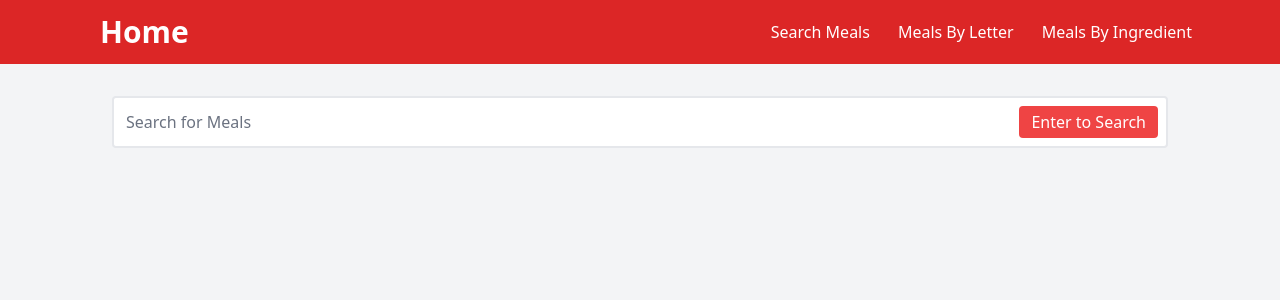
Repository: HalemX/meals
Page: /by-name
These files come from the project's save history. The page is drawn as it stood at one moment and after the next save; the edit follows.
The browser window is 1280 px wide. The pictures show the whole page.
The page's requests for data from a server got no answer. The project was rebuilt for these pictures with package versions that can differ from the ones it lists, and the page was loaded fresh each time. No one was signed in, and anything a server would have sent is missing. Also part of the build but not shown: vite.config.js, src/pages/home/HomePage.vue, src/components/layout/GuestLayout.vue, src/components/ui/BaseButtons.vue, src/pages/meals/MealsByIngredient.vue, src/pages/meals/MealsByLetters.vue, src/components/meals_components/MealDetails.vue, src/pages/meals/AllIngredients.vue.

Above is the page before, as saved 2024-02-12 17:27:41.

After the next save:
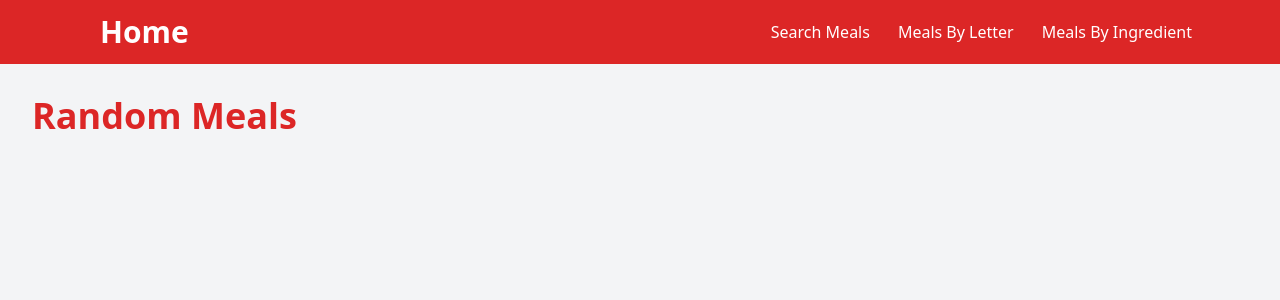
Saved 15 s later.
--- a/src/pages/meals/MealsByName.vue
+++ b/src/pages/meals/MealsByName.vue
@@ -1,96 +1,33 @@
 <template>
-  <div class="lg:mx-20">
-    <div class="p-8 pb-0">
-      <div
-        class="rounded border-2 border-gray-200 bg-white flex"
-        :class="{ invalid: emptyEnter }"
-      >
-        <input
-          type="text"
-          class="rounded border-2 border-gray-200"
-          placeholder="Search for Meals"
-          v-model.trim="enterName"
-          @change="searchMealsByName"
-        />
-        <button
-          @click="searchMealsByName"
-          class="m-2 px-3 transition ease-in-out delay-150 sm:mt-2 border-[#ef4444] bg-[#ef4444] hover:scale-105 hover:bg-[#f87171] duration-300 text-white py-1 rounded"
-        >
-          Enter to Search
-        </button>
-      </div>
+  <div>
+    <div class="p-8 pb-0 text-[#dc2626]">
+      <h1 class="text-4xl font-bold mb-4">Random Meals</h1>
     </div>
-    <meals-item v-if="!emptyEnter" :meals="mealsByName"></meals-item>
-    <p v-else class="text-[#ff0000] mt-2 px-8">Must Enter Name of Meal!</p>
+    <meals-item></meals-item>
   </div>
 </template>
 
 <script>
-import { computed, onMounted, ref } from "vue";
-import { useStore } from "vuex";
-import { useRoute } from "vue-router";
+import { onMounted, ref } from "vue";
 import MealsItem from "../../components/meals_components/MealsItem.vue";
+import axiosClient from "../../axiosClient";
 
 export default {
-  components: {
+  component: {
     MealsItem,
   },
   setup() {
-    const enterName = ref("");
-    const emptyEnter = ref(false);
+    const meals = ref([]);
 
-    const store = useStore();
-
-    const mealsByName = computed(() => {
-      return store.getters.getSearchMealsByName;
-    });
-
-    function searchMealsByName() {
-      if (enterName.value) {
-        store.dispatch("searchMealsByName", enterName.value);
-        emptyEnter.value = false;
-      } else {
-        emptyEnter.value = true;
-      }
-    }
-
-    const rout = useRoute();
-    onMounted(() => {
-      enterName.value = rout.params.name;
-      if (enterName.value) {
-        searchMealsByName();
+    onMounted(async () => {
+      for (let i = 0; i < 10; i++) {
+        axiosClient
+          .get(`random.php`)
+          .then(({ data }) => meals.value.push(data.meals[0]));
       }
     });
 
-    return { searchMealsByName, mealsByName, enterName, emptyEnter };
+    return { meals };
   },
 };
 </script>
-
-<style scoped>
-input {
-  transition: 0.3s;
-  caret-color: #dc2626;
-  flex-grow: 2;
-  border: none;
-}
-input:focus {
-  outline: none !important;
-  border-color: transparent !important;
-  box-shadow: none !important;
-}
-.invalid {
-  border-color: red;
-}
-@media (max-width: 420px) {
-  div {
-    flex-direction: column;
-    background-color: transparent;
-    border: none;
-  }
-  p {
-    width: 260px;
-    margin: auto;
-  }
-}
-</style>

After the save that followed:
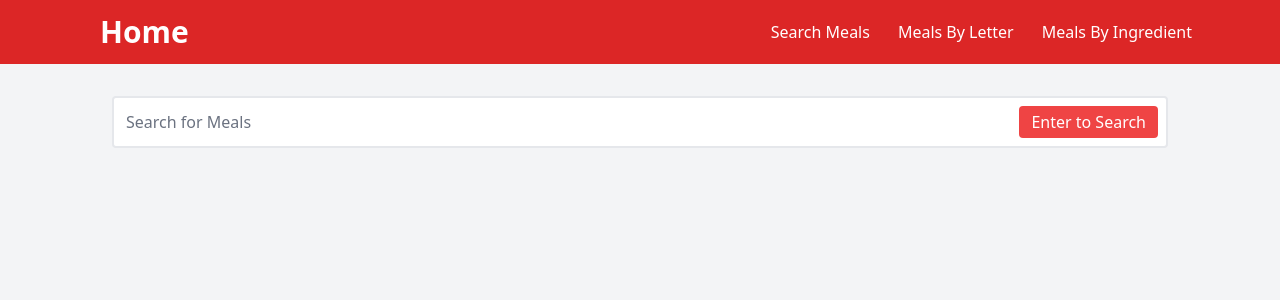
Saved 16 s later.
--- a/src/pages/meals/MealsByName.vue
+++ b/src/pages/meals/MealsByName.vue
@@ -1,33 +1,96 @@
 <template>
-  <div>
-    <div class="p-8 pb-0 text-[#dc2626]">
-      <h1 class="text-4xl font-bold mb-4">Random Meals</h1>
+  <div class="lg:mx-20">
+    <div class="p-8 pb-0">
+      <div
+        class="rounded border-2 border-gray-200 bg-white flex"
+        :class="{ invalid: emptyEnter }"
+      >
+        <input
+          type="text"
+          class="rounded border-2 border-gray-200"
+          placeholder="Search for Meals"
+          v-model.trim="enterName"
+          @change="searchMealsByName"
+        />
+        <button
+          @click="searchMealsByName"
+          class="m-2 px-3 transition ease-in-out delay-150 sm:mt-2 border-[#ef4444] bg-[#ef4444] hover:scale-105 hover:bg-[#f87171] duration-300 text-white py-1 rounded"
+        >
+          Enter to Search
+        </button>
+      </div>
     </div>
-    <meals-item></meals-item>
+    <meals-item v-if="!emptyEnter" :meals="mealsByName"></meals-item>
+    <p v-else class="text-[#ff0000] mt-2 px-8">Must Enter Name of Meal!</p>
   </div>
 </template>
 
 <script>
-import { onMounted, ref } from "vue";
+import { computed, onMounted, ref } from "vue";
+import { useStore } from "vuex";
+import { useRoute } from "vue-router";
 import MealsItem from "../../components/meals_components/MealsItem.vue";
-import axiosClient from "../../axiosClient";
 
 export default {
-  component: {
+  components: {
     MealsItem,
   },
   setup() {
-    const meals = ref([]);
+    const enterName = ref("");
+    const emptyEnter = ref(false);
 
-    onMounted(async () => {
-      for (let i = 0; i < 10; i++) {
-        axiosClient
-          .get(`random.php`)
-          .then(({ data }) => meals.value.push(data.meals[0]));
+    const store = useStore();
+
+    const mealsByName = computed(() => {
+      return store.getters.getSearchMealsByName;
+    });
+
+    function searchMealsByName() {
+      if (enterName.value) {
+        store.dispatch("searchMealsByName", enterName.value);
+        emptyEnter.value = false;
+      } else {
+        emptyEnter.value = true;
+      }
+    }
+
+    const rout = useRoute();
+    onMounted(() => {
+      enterName.value = rout.params.name;
+      if (enterName.value) {
+        searchMealsByName();
       }
     });
 
-    return { meals };
+    return { searchMealsByName, mealsByName, enterName, emptyEnter };
   },
 };
 </script>
+
+<style scoped>
+input {
+  transition: 0.3s;
+  caret-color: #dc2626;
+  flex-grow: 2;
+  border: none;
+}
+input:focus {
+  outline: none !important;
+  border-color: transparent !important;
+  box-shadow: none !important;
+}
+.invalid {
+  border-color: red;
+}
+@media (max-width: 420px) {
+  div {
+    flex-direction: column;
+    background-color: transparent;
+    border: none;
+  }
+  p {
+    width: 260px;
+    margin: auto;
+  }
+}
+</style>
